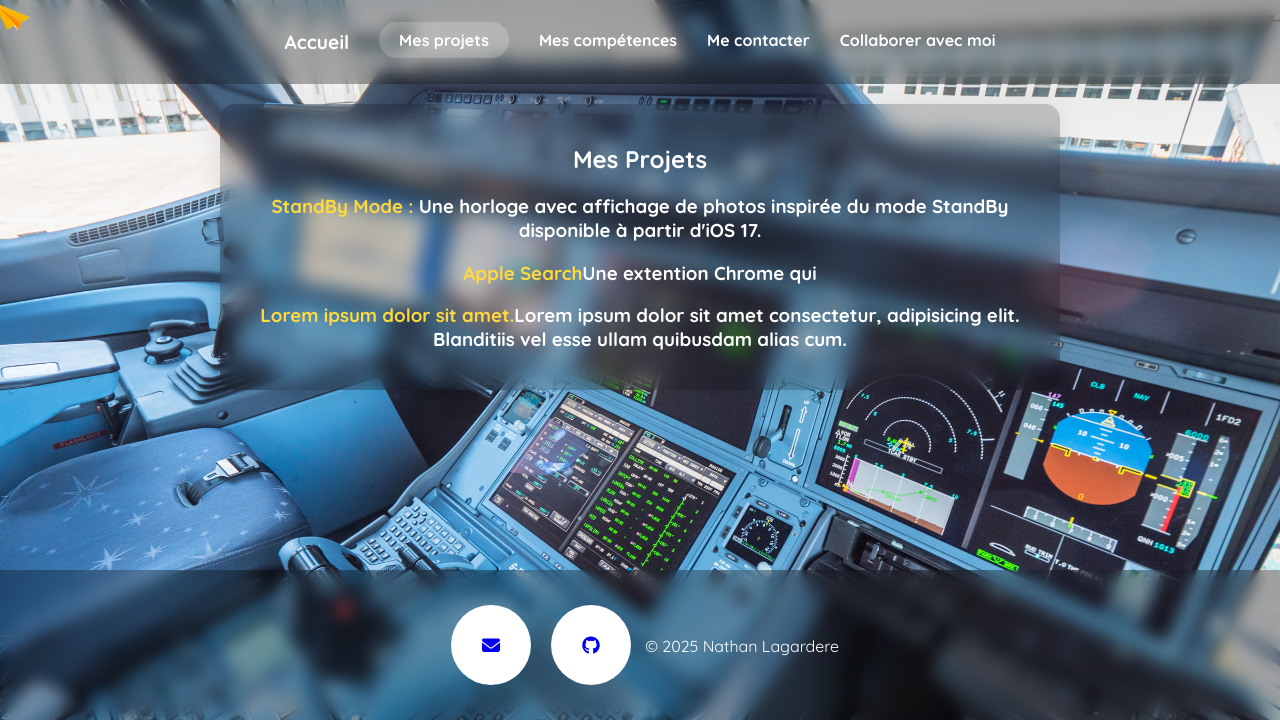
Repository: nlagardere/myportfolio
Page: projects.html
These files come from the project's save history. The page is drawn as it stood at one moment and after the next save; the edit follows.
The browser window is 1280 px wide. The pictures show the whole page.

Above is the page before, as saved 2025-09-07 12:02:58.

### projects.html
<!DOCTYPE html>
<html lang="fr">
<head>
  <meta charset="UTF-8">
  <meta name="viewport" content="width=device-width, initial-scale=1.0">
  <title>Portfolio</title>

  <link href="https://fonts.googleapis.com/css2?family=Exo+2:wght@400;700&family=Quicksand:wght@400;700&display=swap" rel="stylesheet">
  <link rel="stylesheet" href="https://cdnjs.cloudflare.com/ajax/libs/font-awesome/6.5.0/css/all.min.css">

  <style>
    html{
      scroll-behavior: smooth;
      cursor: none;
    }

    body {
      font-family: 'Quicksand', sans-serif;
      margin: 0;
      padding: 0;
      min-height: 100vh;
      display: flex;
      flex-direction: column;
      background: url('a350.jpg') no-repeat center center;
      background-size: cover;
      color: #fff;

    }

    header {
      text-align: center;
      padding: 30px 20px;
      background: rgba(0,0,0,0.3);
      backdrop-filter: blur(8px);
    }

    .glasscard, .competences {
      background: rgba(0, 0, 0, 0.2);
      border-radius: 15px;
      padding: 20px;
      margin: 20px auto;
      max-width: 800px;
      backdrop-filter: blur(10px);
      box-shadow: 0 4px 30px rgba(0,0,0,0.1);
      text-align: center;
      animation: zoomPop 1s ease forwards;
      color: white;
    }

    .highlight {
      color: #FFD93D;
      font-weight: bold;
    }

    @keyframes zoomPop {
      0% { opacity: 0; transform: scale(0.1) translateZ(-800px); }
      60% { opacity: 1; transform: scale(1.2) translateZ(50px); }
      80% { transform: scale(0.95) translateZ(0); }
      100% { opacity: 1; transform: scale(1) translateZ(0); }
    }

    .wrapper {
      display: inline-flex;
      justify-content: center;
      list-style: none;
      padding: 20px 0;
      margin: 0 auto;
    }

    .wrapper .icon {
      position: relative;
      background: #ffffff;
      border-radius: 50%;
      padding: 15px;
      margin: 0 10px;
      width: 50px;
      height: 50px;
      font-size: 18px;
      display: flex;
      justify-content: center;
      align-items: center;
      cursor: pointer;
      transition: all 0.2s cubic-bezier(0.68, -0.55, 0.265, 1.55);
    }

    .wrapper .tooltip {
      position: absolute;
      bottom: 100%;
      left: 50%;
      transform: translateX(-50%) translateY(-10px);
      font-size: 14px;
      background: #333;
      color: #fff;
      padding: 5px 8px;
      border-radius: 5px;
      opacity: 0;
      pointer-events: none;
      white-space: nowrap;
      transition: all 0.3s cubic-bezier(0.68, -0.55, 0.265, 1.55);
      z-index: 10;
    }

    .wrapper .tooltip::before {
      content: "";
      position: absolute;
      top: 100%;
      left: 50%;
      transform: translateX(-50%) rotate(45deg);
      width: 8px;
      height: 8px;
      background: #333;
    }

    .wrapper .icon:hover .tooltip {
      opacity: 1;
      pointer-events: auto;
      transform: translateX(-50%) translateY(-15px);
    }

    .wrapper .mail:hover,
    .wrapper .mail:hover .tooltip,
    .wrapper .mail:hover .tooltip::before {
      background: #00CED1;
      color: #fff;
    }

    .wrapper .github:hover,
    .wrapper .github:hover .tooltip,
    .wrapper .github:hover .tooltip::before {
      background: #333333;
      color: #fff;
    }

    .footer{
      text-align: center;
      padding: 15px 20px;
      background: rgba(0,0,0,0.3);
      backdrop-filter: blur(8px);
      color: white;
      margin-top: auto;
    }

    .navbar ul {
      list-style: none;
      padding: 0;
      margin: 0;
      display: flex;
      justify-content: center;
      gap: 30px;
      flex-wrap: wrap;
    }
    .navbar ul li {
      display: inline;
    }
    .navbar ul li a {
      text-decoration: none;
      color: white;
      font-weight: bold;
      transition: color 0.3s;
    }
    .navbar ul li a:hover {
      color: #FFD93D;
    }

    .navbar .accueil a {
      font-size: 1.2em;
      font-weight: bold;
      color: #ffffff;
    }
    .navbar .accueil a:hover {
      color: #FFD93D;
    }

    .projets-wrapper {
      background: rgba(255, 255, 255, 0.2);
      backdrop-filter: blur(10px);
      padding: 8px 20px;
      border-radius: 25px;
      color: #fff;
      font-weight: bold;
      transition: all 0.3s ease;
    }

    .projets-wrapper:hover {
      background: rgba(255, 255, 255, 0.4);
      transform: scale(1.05);
      color: #FFD93D;
    }

    #mouse {
  position: fixed;
  top: 0;
  left: 0;
  width: 64px;
  height: 64px;
  background: url('cursor.png') no-repeat center center;
  background-size: contain;
  pointer-events: none; /* pour que le curseur ne bloque pas les clics */
  transform: translate(-50%, -50%);
  z-index: 9999;
  transform: translate(-35%, -25%);
  pointer-events: none;
}
::selection {
  background-color: #ffcc00; /* couleur de fond */
  color: #000000;            /* couleur du texte */
}



    @media (max-width: 600px) {
      .letter-block .letter {
        font-size: 2.5em;
      }
    }

  </style>
</head>
<body>
  <div id="mouse"></div>
  <header>
    <nav class="navbar">
      <ul>
        <li class="accueil">
          <a href="index.html">Accueil</a>
        </li>
        <li><a href="projects.html" class="projets-wrapper">Mes projets</a></li>
        <li><a href="competences.html">Mes compétences</a></li>
        <li><a href="contact.html">Me contacter</a></li>
        <li><a href="collaborate.html">Collaborer avec moi</a></li>
      </ul>
    </nav>
  </header>

 <div calss="projects">
    <div class="glasscard">
      <h2>Mes Projets</h2>
      <h3><span class="highlight">StandBy Mode : </span>Une horloge avec affichage de photos inspirée du mode StandBy disponible à partir d'iOS 17.</h3>
      <h3><span class="highlight">Apple Search</span>Une extention Chrome qui </h3>
      <h3><span class="highlight">Lorem ipsum dolor sit amet.</span>Lorem ipsum dolor sit amet consectetur, adipisicing elit. Blanditiis vel esse ullam quibusdam alias cum.</h3>
    </div>
  </div>



  <div class="footer">
    <ul class="wrapper">
      <li class="icon mail">
        <a href="mailto:nathan.lagardere@gmail.com" target="_blank">
          <span class="tooltip">Mail</span>
          <i class="fas fa-envelope"></i>
        </a>
      </li>
      <li class="icon github">
        <a href="https://github.com/nlagardere" target="_blank">
          <span class="tooltip">Github</span>
          <i class="fab fa-github"></i>
        </a>
      </li>
    </ul>
    © 2025 Nathan Lagardere
  </div>

  <script>
    const mouse = document.querySelector('#mouse')
    window.addEventListener('mousemove', (e) => {
      mouse.style.top = e.pageY + 'px'
      mouse.style.left = e.pageX + 'px'
    })
  </script>
</body>
</html>

After the next save:
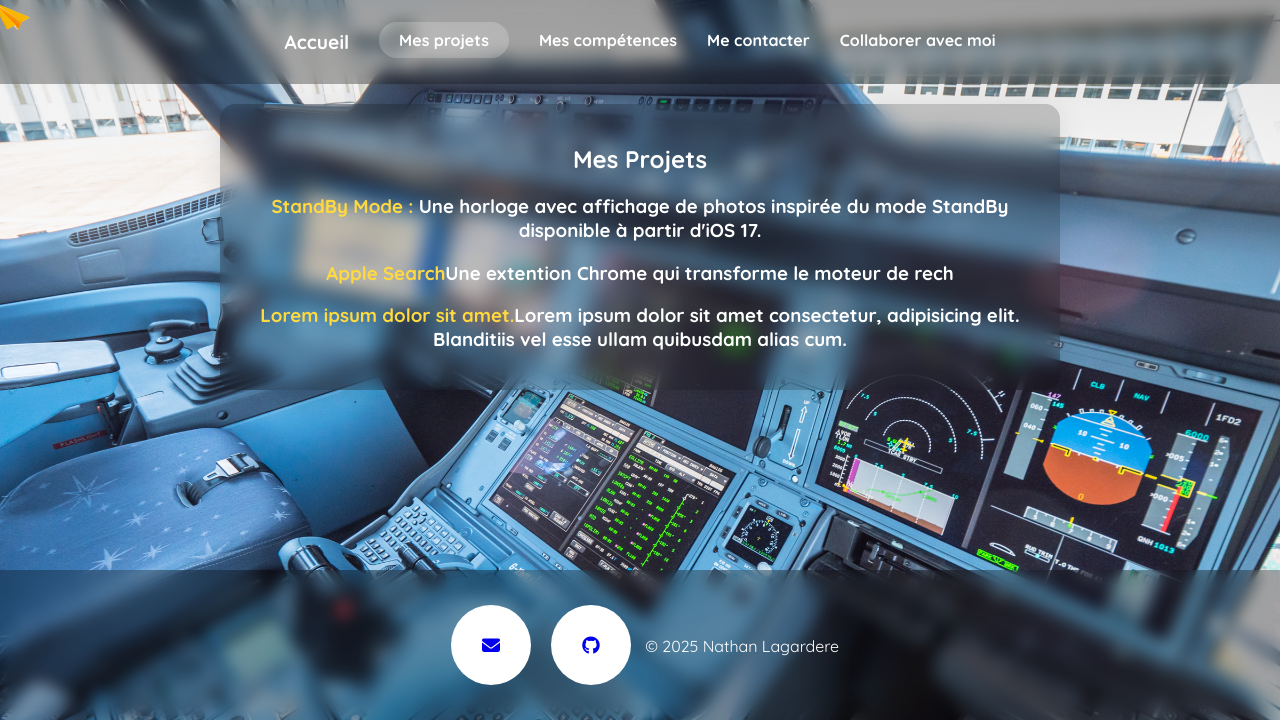
Saved 7 s later.
--- a/projects.html
+++ b/projects.html
@@ -236,7 +236,7 @@
     <div class="glasscard">
       <h2>Mes Projets</h2>
       <h3><span class="highlight">StandBy Mode : </span>Une horloge avec affichage de photos inspirée du mode StandBy disponible à partir d'iOS 17.</h3>
-      <h3><span class="highlight">Apple Search</span>Une extention Chrome qui </h3>
+      <h3><span class="highlight">Apple Search</span>Une extention Chrome qui transforme le moteur de rech</h3>
       <h3><span class="highlight">Lorem ipsum dolor sit amet.</span>Lorem ipsum dolor sit amet consectetur, adipisicing elit. Blanditiis vel esse ullam quibusdam alias cum.</h3>
     </div>
   </div>
